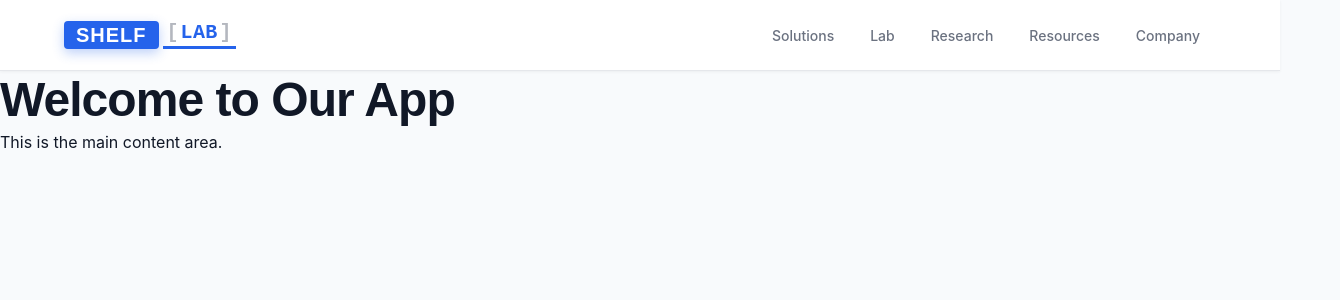
Repository: VladimirGagarin/shelf
Page: /
These files come from the project's save history. The page is drawn as it stood at one moment and after the next save; the edit follows.
The browser window is 1280 px wide. The page is 1340 px wide, so the pictures cover 1340 px, including what lies to the right of the window. The pictures show the whole page.
The project was rebuilt for these pictures with package versions that can differ from the ones it lists, and the page was loaded fresh each time. Also part of the build but not shown: vite.config.js, src/App.css, src/About/about.jsx.

Above is the page before, as saved 2026-07-13 18:28:01.

### index.html
<!doctype html>
<html lang="en">
  <head>
    <meta charset="UTF-8" />
    <link rel="icon" type="image/svg+xml" href="/favicon.svg" />
    <meta name="viewport" content="width=device-width, initial-scale=1.0" />
    <title>shelf-lab</title>
  </head>
  <body>
    <div id="root"></div>
    <script type="module" src="/src/main.jsx"></script>
  </body>
</html>

### src/main.jsx
import { StrictMode } from 'react'
import { createRoot } from 'react-dom/client'
import './index.css'
import App from './App.jsx'
import { createBrowserRouter, RouterProvider } from "react-router-dom";
import AboutPage from './About/about.jsx'

const router = createBrowserRouter([
  {
    path: "/",
    element: <App />,
  },
  {
    path: "/about",
    element: <AboutPage />,
  },
  {
    path:"*",
    element: <App/>,
  }
]);

createRoot(document.getElementById('root')).render(
  <StrictMode>
    <RouterProvider router={router} />
  </StrictMode>,
)

### src/App.jsx
import Navbar from "./Shared/components/Navbar"
import './App.css'

function App() {


  return (
    <>
      <Navbar />
      <section className="LandingPage">
        <h1>Welcome to Our App</h1>
        <p>This is the main content area.</p>
      </section>
      <section className="LandingPage"></section>
    </>
  )
}

export default App

### src/About/about.css
/* about.css */

/* ========================================
   ABOUT PAGE STYLES
   ======================================== */

   :root {
  /* ===== COLORS ===== */
  /* Backgrounds */
  --bg-primary: #F8FAFC;
  --bg-surface: #FFFFFF;
  --bg-card: #FFFFFF;

  /* Primary */
  --color-primary: #2563EB;
  --color-primary-hover: #1D4ED8;

  /* Accent */
  --color-accent: #14B8A6;

  /* Text */
  --color-text: #111827;
  --color-text-secondary: #6B7280;

  /* Borders */
  --color-border: #E5E7EB;

  /* Status */
  --color-success: #22C55E;
  --color-warning: #F59E0B;
  --color-danger: #EF4444;

  /* ===== TYPOGRAPHY ===== */
  /* Font Families */
  --font-heading: 'Space Grotesk', 'Sora', sans-serif;
  --font-body: 'Inter', -apple-system, BlinkMacSystemFont, 'Segoe UI', Roboto, sans-serif;
  --font-code: 'JetBrains Mono', 'Fira Code', 'Cascadia Code', monospace;

  /* Font Sizes */
  --text-xs: 0.75rem;    /* 12px */
  --text-sm: 0.875rem;   /* 14px */
  --text-base: 1rem;     /* 16px */
  --text-lg: 1.125rem;   /* 18px */
  --text-xl: 1.25rem;    /* 20px */
  --text-2xl: 1.5rem;    /* 24px */
  --text-3xl: 1.875rem;  /* 30px */
  --text-4xl: 2.25rem;   /* 36px */
  --text-5xl: 3rem;      /* 48px */

  /* Font Weights */
  --font-light: 300;
  --font-regular: 400;
  --font-medium: 500;
  --font-semibold: 600;
  --font-bold: 700;
}

/* ===== DARK THEME ===== */
@media (prefers-color-scheme: dark) {
  :root {
    /* Backgrounds */
    --bg-primary: #0B1220;
    --bg-surface: #111827;
    --bg-card: #1E293B;

    /* Primary */
    --color-primary: #3B82F6;
    --color-primary-hover: #2563EB;

    /* Accent */
    --color-accent: #2DD4BF;

    /* Text */
    --color-text: #F8FAFC;
    --color-text-secondary: #CBD5E1;

    /* Borders */
    --color-border: #334155;

    /* Status */
    --color-success: #22C55E;
    --color-warning: #FBBF24;
    --color-danger: #F87171;
  }
}

/* ========================================
   HERO SECTION
   ======================================== */

.hero-section {
  min-height: 80vh;
  display: flex;
  align-items: center;
  background: linear-gradient(135deg, var(--bg-primary) 0%, var(--bg-surface) 100%);
  padding: 4rem 2rem;
  position: relative;
  overflow: hidden;
}

.hero-content {
  flex: 1;
  max-width: 700px;
  position: relative;
  z-index: 2;
}

.hero-badge {
  display: inline-block;
  background: var(--color-primary);
  color: white;
  padding: 0.25rem 1rem;
  border-radius: 50px;
  font-size: var(--text-xs);
  font-weight: var(--font-semibold);
  text-transform: uppercase;
  letter-spacing: 0.05em;
  margin-bottom: 1.5rem;
}

.hero-content h1 {
  font-size: var(--text-5xl);
  font-weight: var(--font-bold);
  color: var(--color-text);
  margin-bottom: 0.5rem;
  letter-spacing: -0.02em;
}

.hero-content h2 {
  font-size: var(--text-3xl);
  font-weight: var(--font-medium);
  color: var(--color-primary);
  margin-bottom: 1.5rem;
}

.hero-description {
  font-size: var(--text-lg);
  color: var(--color-text-secondary);
  line-height: 1.8;
  max-width: 550px;
  margin-bottom: 2rem;
}

.cta-group {
  display: flex;
  gap: 1rem;
  flex-wrap: wrap;
}

.btn-primary {
  display: inline-flex;
  align-items: center;
  gap: 0.5rem;
  background: var(--color-primary);
  color: white;
  padding: 0.75rem 1.75rem;
  border-radius: 0.5rem;
  font-weight: var(--font-medium);
  text-decoration: none;
  transition: all 0.3s ease;
}

.btn-primary:hover {
  background: var(--color-primary-hover);
  transform: translateY(-2px);
  box-shadow: 0 10px 20px rgba(37, 99, 235, 0.3);
}

.btn-secondary {
  display: inline-flex;
  align-items: center;
  gap: 0.5rem;
  background: transparent;
  color: var(--color-text);
  padding: 0.75rem 1.75rem;
  border: 2px solid var(--color-border);
  border-radius: 0.5rem;
  font-weight: var(--font-medium);
  text-decoration: none;
  transition: all 0.3s ease;
}

.btn-secondary:hover {
  border-color: var(--color-primary);
  color: var(--color-primary);
  transform: translateY(-2px);
}

.hero-visual {
  flex: 1;
  position: relative;
  min-height: 400px;
}

.floating-shapes {
  position: relative;
  width: 100%;
  height: 100%;
}

.shape {
  position: absolute;
  border-radius: 50%;
  background: var(--color-primary);
  opacity: 0.1;
  animation: float 6s ease-in-out infinite;
}

.shape-1 {
  width: 200px;
  height: 200px;
  top: 20%;
  right: 20%;
  animation-delay: 0s;
}

.shape-2 {
  width: 150px;
  height: 150px;
  top: 50%;
  right: 50%;
  animation-delay: 2s;
  background: var(--color-accent);
}

.shape-3 {
  width: 100px;
  height: 100px;
  top: 10%;
  right: 60%;
  animation-delay: 4s;
  background: var(--color-success);
}

@keyframes float {
  0%, 100% { transform: translateY(0) rotate(0deg); }
  50% { transform: translateY(-20px) rotate(10deg); }
}

/* ========================================
   WHO WE ARE SECTION
   ======================================== */

.who-we-are-section {
  padding: 5rem 2rem;
  background: var(--bg-surface);
}

.section-container {
  max-width: 1200px;
  margin: 0 auto;
}

.section-header {
  text-align: center;
  margin-bottom: 3rem;
}

.section-tag {
  display: inline-block;
  color: var(--color-primary);
  font-size: var(--text-xs);
  font-weight: var(--font-semibold);
  text-transform: uppercase;
  letter-spacing: 0.1em;
  margin-bottom: 0.5rem;
}

.section-header h2 {
  font-size: var(--text-4xl);
  font-weight: var(--font-bold);
  color: var(--color-text);
  margin-bottom: 0.75rem;
}

.section-subtitle {
  font-size: var(--text-lg);
  color: var(--color-text-secondary);
  max-width: 600px;
  margin: 0 auto;
}

.who-we-are-grid {
  display: grid;
  grid-template-columns: 1fr 1fr;
  gap: 4rem;
  align-items: center;
}

.who-we-are-content p {
  font-size: var(--text-lg);
  color: var(--color-text-secondary);
  line-height: 1.8;
  margin-bottom: 1.5rem;
}

.who-we-are-stats {
  display: grid;
  grid-template-columns: 1fr 1fr 1fr;
  gap: 2rem;
}

.stat-item {
  text-align: center;
  padding: 2rem;
  background: var(--bg-primary);
  border-radius: 0.75rem;
  border: 1px solid var(--color-border);
}

.stat-number {
  display: block;
  font-size: var(--text-3xl);
  font-weight: var(--font-bold);
  color: var(--color-primary);
  margin-bottom: 0.5rem;
}

.stat-label {
  font-size: var(--text-sm);
  color: var(--color-text-secondary);
}

/* ========================================
   MISSION SECTION
   ======================================== */

.mission-section {
  padding: 5rem 2rem;
  background: linear-gradient(135deg, var(--bg-primary) 0%, var(--bg-surface) 100%);
}

.mission-grid {
  display: grid;
  grid-template-columns: 1fr 1fr;
  gap: 3rem;
  max-width: 1000px;
  margin: 0 auto;
}

.mission-card {
  background: var(--bg-card);
  padding: 3rem;
  border-radius: 1rem;
  border: 1px solid var(--color-border);
  text-align: center;
  transition: all 0.3s ease;
}

.mission-card:hover {
  transform: translateY(-5px);
  box-shadow: 0 20px 40px rgba(0, 0, 0, 0.08);
}

.mission-icon {
  font-size: 3rem;
  margin-bottom: 1rem;
}

.mission-card h3 {
  font-size: var(--text-2xl);
  font-weight: var(--font-bold);
  color: var(--color-text);
  margin-bottom: 1rem;
}

.mission-card p {
  color: var(--color-text-secondary);
  line-height: 1.8;
}

/* ========================================
   PRINCIPLES SECTION
   ======================================== */

.principles-section {
  padding: 5rem 2rem;
  background: var(--bg-surface);
}

.principles-cards {
  display: grid;
  grid-template-columns: repeat(auto-fit, minmax(250px, 1fr));
  gap: 2rem;
}

.principle-card {
  background: var(--bg-card);
  padding: 2.5rem 2rem;
  border-radius: 1rem;
  border: 1px solid var(--color-border);
  text-align: center;
  transition: all 0.3s ease;
}

.principle-card:hover {
  transform: translateY(-5px);
  border-color: var(--color-primary);
  box-shadow: 0 10px 30px rgba(37, 99, 235, 0.1);
}

.principle-icon-wrapper {
  display: inline-flex;
  align-items: center;
  justify-content: center;
  width: 64px;
  height: 64px;
  border-radius: 50%;
  background: var(--bg-primary);
  color: var(--color-primary);
  font-size: 1.5rem;
  margin-bottom: 1rem;
  transition: all 0.3s ease;
}

.principle-card:hover .principle-icon-wrapper {
  background: var(--color-primary);
  color: white;
}

.principle-card h3 {
  font-size: var(--text-xl);
  font-weight: var(--font-semibold);
  color: var(--color-text);
  margin-bottom: 0.5rem;
}

.principle-tagline {
  color: var(--color-primary);
  font-weight: var(--font-medium);
  margin-bottom: 0.75rem;
}

.principle-description {
  color: var(--color-text-secondary);
  font-size: var(--text-sm);
  line-height: 1.6;
}

/* ========================================
   WORKFLOW SECTION
   ======================================== */

.workflow-section {
  padding: 5rem 2rem;
  background: var(--bg-primary);
}

.workflow-steps {
  display: flex;
  justify-content: space-between;
  align-items: flex-start;
  gap: 1rem;
  overflow-x: auto;
  padding: 1rem 0;
}

.workflow-step-wrapper {
  display: flex;
  align-items: center;
  flex: 1;
  min-width: 140px;
}

.step-card {
  background: var(--bg-card);
  padding: 2rem 1.5rem;
  border-radius: 0.75rem;
  border: 1px solid var(--color-border);
  text-align: center;
  flex: 1;
  transition: all 0.3s ease;
  position: relative;
}

.step-card:hover {
  transform: translateY(-5px);
  border-color: var(--color-primary);
  box-shadow: 0 10px 30px rgba(37, 99, 235, 0.1);
}

.step-number {
  display: inline-flex;
  align-items: center;
  justify-content: center;
  width: 40px;
  height: 40px;
  border-radius: 50%;
  background: var(--color-primary);
  color: white;
  font-weight: var(--font-bold);
  margin-bottom: 1rem;
}

.step-icon {
  font-size: 1.5rem;
  color: var(--color-primary);
  margin-bottom: 0.75rem;
}

.step-card h3 {
  font-size: var(--text-base);
  font-weight: var(--font-semibold);
  color: var(--color-text);
  margin-bottom: 0.5rem;
}

.step-card p {
  font-size: var(--text-xs);
  color: var(--color-text-secondary);
}

.step-connector {
  color: var(--color-text-secondary);
  font-size: 1.5rem;
  padding: 0 0.5rem;
  flex-shrink: 0;
}

/* ========================================
   INDUSTRIES SECTION
   ======================================== */

.industries-section {
  padding: 5rem 2rem;
  background: var(--bg-surface);
}

.industries-grid {
  display: grid;
  grid-template-columns: repeat(auto-fit, minmax(250px, 1fr));
  gap: 2rem;
}

.industry-card {
  background: var(--bg-card);
  padding: 2.5rem 2rem;
  border-radius: 1rem;
  border: 1px solid var(--color-border);
  text-align: center;
  transition: all 0.3s ease;
}

.industry-card:hover {
  transform: translateY(-5px);
  box-shadow: 0 10px 30px rgba(0, 0, 0, 0.08);
}

.industry-icon {
  font-size: 2.5rem;
  color: var(--color-primary);
  margin-bottom: 1rem;
}

.industry-card h3 {
  font-size: var(--text-xl);
  font-weight: var(--font-semibold);
  color: var(--color-text);
  margin-bottom: 1rem;
}

.industry-items {
  list-style: none;
  padding: 0;
  margin: 0;
}

.industry-items li {
  padding: 0.5rem 0;
  color: var(--color-text-secondary);
  font-size: var(--text-sm);
  border-bottom: 1px solid var(--color-border);
}

.industry-items li:last-child {
  border-bottom: none;
}

/* ========================================
   WHY SHELFLAB SECTION
   ======================================== */

.why-shelflab-section {
  padding: 5rem 2rem;
  background: var(--bg-primary);
}

.why-shelflab-grid {
  display: grid;
  grid-template-columns: repeat(auto-fit, minmax(300px, 1fr));
  gap: 2rem;
}

.why-shelflab-card {
  background: var(--bg-card);
  padding: 3rem 2rem;
  border-radius: 1rem;
  border: 1px solid var(--color-border);
  text-align: center;
  transition: all 0.3s ease;
}

.why-shelflab-card:hover {
  transform: translateY(-5px);
  box-shadow: 0 10px 30px rgba(0, 0, 0, 0.08);
}

.pillar-icon {
  font-size: 3rem;
  color: var(--color-primary);
  margin-bottom: 1rem;
}

.why-shelflab-card h3 {
  font-size: var(--text-xl);
  font-weight: var(--font-semibold);
  color: var(--color-text);
  margin-bottom: 0.75rem;
}

.why-shelflab-card p {
  color: var(--color-text-secondary);
  line-height: 1.6;
}

/* ========================================
   CTA SECTION
   ======================================== */

.cta-section {
  padding: 5rem 2rem;
  background: linear-gradient(135deg, var(--color-primary) 0%, var(--color-primary-hover) 100%);
  text-align: center;
  position: relative;
  overflow: hidden;
}

.cta-section::before {
  content: '';
  position: absolute;
  top: -50%;
  right: -50%;
  width: 100%;
  height: 200%;
  background: rgba(255, 255, 255, 0.05);
  transform: rotate(30deg);
}

.cta-content {
  position: relative;
  z-index: 1;
  max-width: 700px;
  margin: 0 auto;
}

.cta-content h2 {
  font-size: var(--text-4xl);
  font-weight: var(--font-bold);
  color: white;
  margin-bottom: 1.5rem;
}

.cta-content p {
  font-size: var(--text-lg);
  color: rgba(255, 255, 255, 0.9);
  line-height: 1.8;
  margin-bottom: 2rem;
}

.btn-large {
  padding: 1rem 2.5rem;
  font-size: var(--text-lg);
  background: white;
  color: var(--color-primary);
}

.btn-large:hover {
  background: var(--bg-primary);
  transform: translateY(-3px);
  box-shadow: 0 15px 30px rgba(0, 0, 0, 0.2);
}

/* ========================================
   FOOTER
   ======================================== */

.footer {
  background: var(--bg-surface);
  border-top: 1px solid var(--color-border);
  padding: 3rem 2rem 1rem;
}

.footer-content {
  max-width: 1200px;
  margin: 0 auto;
  display: grid;
  grid-template-columns: 2fr 3fr;
  gap: 3rem;
  margin-bottom: 2rem;
}

.footer-brand h2 {
  font-size: var(--text-2xl);
  color: var(--color-primary);
  margin-bottom: 0.5rem;
}

.footer-brand p {
  color: var(--color-text-secondary);
}

.footer-links {
  display: grid;
  grid-template-columns: repeat(3, 1fr);
  gap: 2rem;
}

.footer-column h4 {
  font-size: var(--text-sm);
  font-weight: var(--font-semibold);
  color: var(--color-text);
  margin-bottom: 1rem;
}

.footer-column a {
  display: block;
  color: var(--color-text-secondary);
  text-decoration: none;
  padding: 0.25rem 0;
  font-size: var(--text-sm);
  transition: color 0.3s ease;
}

.footer-column a:hover {
  color: var(--color-primary);
}

.footer-bottom {
  max-width: 1200px;
  margin: 0 auto;
  padding-top: 2rem;
  border-top: 1px solid var(--color-border);
  text-align: center;
}

.footer-bottom p {
  color: var(--color-text-secondary);
  font-size: var(--text-sm);
}

/* ========================================
   RESPONSIVE DESIGN
   ======================================== */

@media (max-width: 1024px) {
  .hero-section {
    flex-direction: column;
    text-align: center;
    padding: 3rem 1.5rem;
  }

  .hero-content {
    max-width: 100%;
  }

  .hero-description {
    margin: 0 auto 2rem;
  }

  .cta-group {
    justify-content: center;
  }

  .who-we-are-grid {
    grid-template-columns: 1fr;
    gap: 2rem;
  }

  .mission-grid {
    grid-template-columns: 1fr;
    gap: 2rem;
  }

  .footer-content {
    grid-template-columns: 1fr;
    gap: 2rem;
  }
}

@media (max-width: 768px) {
  .hero-content h1 {
    font-size: var(--text-3xl);
  }

  .hero-content h2 {
    font-size: var(--text-2xl);
  }

  .hero-description {
    font-size: var(--text-base);
  }

  .who-we-are-stats {
    grid-template-columns: 1fr;
    gap: 1rem;
  }

  .workflow-steps {
    flex-direction: column;
    align-items: stretch;
  }

  .workflow-step-wrapper {
    flex-direction: column;
    min-width: auto;
  }

  .step-connector {
    transform: rotate(90deg);
    padding: 0.5rem 0;
  }

  .footer-links {
    grid-template-columns: 1fr 1fr;
  }

  .cta-content h2 {
    font-size: var(--text-3xl);
  }

  .principles-cards {
    grid-template-columns: 1fr 1fr;
  }
}

@media (max-width: 480px) {
  .hero-section {
    padding: 2rem 1rem;
    min-height: 60vh;
  }

  .hero-content h1 {
    font-size: var(--text-2xl);
  }

  .hero-content h2 {
    font-size: var(--text-xl);
  }

  .cta-group {
    flex-direction: column;
    align-items: center;
  }

  .btn-primary,
  .btn-secondary {
    width: 100%;
    justify-content: center;
  }

  .principles-cards {
    grid-template-columns: 1fr;
  }

  .industries-grid {
    grid-template-columns: 1fr;
  }

  .why-shelflab-grid {
    grid-template-columns: 1fr;
  }

  .footer-links {
    grid-template-columns: 1fr;
  }

  .section-header h2 {
    font-size: var(--text-3xl);
  }

  .mission-card {
    padding: 2rem 1.5rem;
  }
}

/* ========================================
   DARK THEME OVERRIDES
   ======================================== */

@media (prefers-color-scheme: dark) {
  .hero-section {
    background: linear-gradient(135deg, var(--bg-primary) 0%, var(--bg-surface) 100%);
  }

  .mission-section {
    background: linear-gradient(135deg, var(--bg-primary) 0%, var(--bg-surface) 100%);
  }

  .principle-card:hover {
    box-shadow: 0 10px 30px rgba(59, 130, 246, 0.15);
  }

  .stat-item {
    background: var(--bg-surface);
  }

  .cta-section {
    background: linear-gradient(135deg, #1D4ED8 0%, #1E3A8A 100%);
  }
}

/* ========================================
   ACCESSIBILITY
   ======================================== */

@media (prefers-reduced-motion: reduce) {
  * {
    animation-duration: 0.01ms !important;
    animation-iteration-count: 1 !important;
    transition-duration: 0.01ms !important;
  }
}

:focus-visible {
  outline: 2px solid var(--color-primary);
  outline-offset: 2px;
}

/* ========================================
   HERO TITLE WITH STYLED SHELF & LAB
   ======================================== */

.hero-title {
  font-size: var(--text-5xl);
  font-weight: var(--font-bold);
  color: var(--color-text);
  margin-bottom: 0.5rem;
  letter-spacing: -0.02em;
  display: flex;
  align-items: center;
  flex-wrap: wrap;
  gap: 0.25rem;
}

/* SHELF in a box */
.shelf-box {
  display: inline-block;
  background: var(--color-primary);
  color: white;
  padding: 0.1rem 0.75rem;
  border-radius: 0.5rem;
  font-family: var(--font-heading);
  font-weight: var(--font-bold);
  letter-spacing: 0.05em;
  position: relative;
  transition: all 0.3s ease;
  box-shadow: 0 4px 12px rgba(37, 99, 235, 0.3);
}

.shelf-box:hover {
  transform: scale(1.05);
  box-shadow: 0 8px 24px rgba(37, 99, 235, 0.4);
}

/* LAB in different font */
.lab-text {
  display: inline-block;
  font-family: var(--font-code);
  font-weight: var(--font-bold);
  color: var(--color-accent);
  letter-spacing: 0.02em;
  position: relative;
  padding: 0 0.25rem;
  transition: all 0.3s ease;
}

.lab-text::before {
  content: '[';
  color: var(--color-text-secondary);
  opacity: 0.5;
  margin-right: 0.1rem;
}

.lab-text::after {
  content: ']';
  color: var(--color-text-secondary);
  opacity: 0.5;
  margin-left: 0.1rem;
}

.lab-text:hover {
  color: var(--color-primary);
  transform: translateY(-2px);
}

/* Alternative: If you want LAB in a different color and font with badge style */
.lab-text-badge {
  display: inline-block;
  font-family: var(--font-code);
  font-weight: var(--font-bold);
  background: var(--bg-card);
  color: var(--color-accent);
  padding: 0.1rem 0.5rem;
  border-radius: 0.25rem;
  border: 2px solid var(--color-accent);
  letter-spacing: 0.05em;
  transition: all 0.3s ease;
}

.lab-text-badge:hover {
  background: var(--color-accent);
  color: white;
  transform: rotate(-2deg) scale(1.05);
}

/* ========================================
   RESPONSIVE ADJUSTMENTS FOR TITLE
   ======================================== */

@media (max-width: 768px) {
  .hero-title {
    font-size: var(--text-3xl);
    gap: 0.15rem;
  }

  .shelf-box {
    padding: 0.05rem 0.5rem;
    font-size: var(--text-3xl);
  }

  .lab-text {
    font-size: var(--text-3xl);
  }
}

@media (max-width: 480px) {
  .hero-title {
    font-size: var(--text-2xl);
    gap: 0.1rem;
  }

  .shelf-box {
    padding: 0.05rem 0.4rem;
    font-size: var(--text-2xl);
  }

  .lab-text {
    font-size: var(--text-2xl);
  }
}

.shelf-box {
  display: inline-block;
  background: var(--color-primary);
  color: white;
  padding: 0.1rem 0.75rem;
  border-radius: 0.25rem;
  font-family: var(--font-heading);
  font-weight: var(--font-bold);
}

.lab-text {
  font-family: var(--font-code);
  font-weight: var(--font-bold);
  color: var(--color-primary);
  border-bottom: 3px solid var(--color-primary);
  padding-bottom: 0.1rem;
}

Loaded but not shown: src/Shared/components/Navbar.css (606 lines, source omitted); src/index.css (384 lines, source omitted); src/Shared/components/Navbar.jsx (209 lines, source omitted)

After the next save:
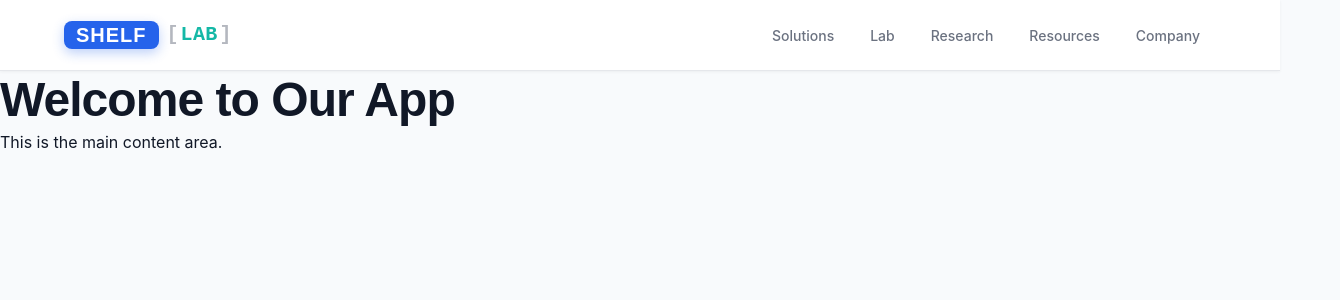
Saved 19 s later.
--- a/src/About/about.css
+++ b/src/About/about.css
@@ -1048,21 +1048,3 @@
     font-size: var(--text-2xl);
   }
 }
-
-.shelf-box {
-  display: inline-block;
-  background: var(--color-primary);
-  color: white;
-  padding: 0.1rem 0.75rem;
-  border-radius: 0.25rem;
-  font-family: var(--font-heading);
-  font-weight: var(--font-bold);
-}
-
-.lab-text {
-  font-family: var(--font-code);
-  font-weight: var(--font-bold);
-  color: var(--color-primary);
-  border-bottom: 3px solid var(--color-primary);
-  padding-bottom: 0.1rem;
-}
